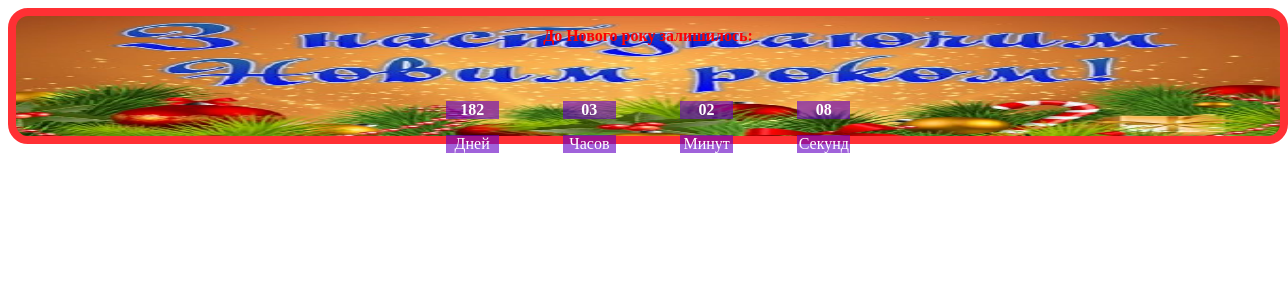
Repository: KonstantinKhamilov/JavaScript11-new-year
Page: index.html
These files come from the project's save history. The page is drawn as it stood at one moment and after the next save; the edit follows.
The browser window is 1280 px wide. The page is 1288 px wide, so the pictures cover 1288 px, including what lies to the right of the window. The pictures show the whole page.

Above is the page before, as saved 2024-12-29 18:12:00.

### index.html
<!DOCTYPE html>
<html lang="en">
    <head>
        <title>JavaScript11</title>

        <meta charset="utf-8">
        <meta http-equiv="X-UA-Compatible" content="IE=edge">
        <meta name="description" lang="ru" content="Стили css">
        <meta name="author" content="Константин">
        <meta name="keywords" content="Программирование, уроки JavaScript">
        <meta name="robots" content="all">
        <meta name="viewport" content="width=device-width, initial-scale=1.0">
        <link rel="stylesheet" href="newYear.css" type="text/css">
</head>

<body>
   <!--
     <h1><u>Задание 1</u></h1>
    <p>Необходимо реализовать функцию, описывающую окружность.В функции должны быть следующие компоненты:</p>
<ul type="disk">
    <li>поле, хранящее радиус окружности;</li>
    <li>get-свойство, возвращающее радиус окружности;</li>
    <li>set-свойство, устанавливающее радиус окружности;</li>
    <li>get-свойство, возвращающее диаметр окружности;</li>
    <li>метод, вычисляющий площадь окружности;</li>
    <li>метод, вычисляющий длину окружности.</li>
</ul>
       <p>Продемонстрируйте работу свойств и методов.</p>
       <p>Введите радиус окружности: </p>
       <input type="text" id="rad">
        <button onclick="showResults()">Показать результаты</button>
        <p id="output"></p>

          <h1><u>Задание 2</u></h1>
          <p>Реализуйте функцию, которая описывает css класс.функция CssClass должна содержать внутри себя:</p>
          <ul type="square">
<li>название css класса;</li>
<li>массив стилей;</li>
<li>метод для установки стиля;</li>
<li>метод для удаления стиля;</li>
<li>метод getCss(), который возвращает css код в виде строки.</li>
          </ul>

          <p>Введите название класса:</p>
    <input type="text" id="class" />
    <button onclick="showCSS()">Показать результат генерации</button>
    <p id="output1"></p>

    <p>Добавить стиль:</p>
    <input type="text" id="add-style" />
    <button onclick="addStyle()">Добавить</button>

    <p>Удалить стиль:</p>
    <input type="text" id="remove-style" />
    <button onclick="removeStyle()">Удалить</button>

  <h1><u>Задание 3</u></h1>
  <p>
    Рассчитайте, сколько дней, часов, минут и секунд осталось до Нового года. Выведите эти значения красиво,
    методом document.write() или другим с тегами -p- и
    -span- и классами для них. Стили можно записать в отдельном css-файле. Если одно из чисел будет меньше 10,
    то его нужно вывести с ведущим 0, например, так:
    Сделайте свой скрипт универсальным, задав дату следующего Нового года относительно текущей даты с помощью методов объекта Date.
  </p>
  <p>Пример вывода результата задания:</p>
<img src="D:\Full Stack\Модуль\JavaScript\JavaScript11\Безымянный1.png" alt="time">
-->
<div class="box">
  <h1>До Нового року залишилось:</h1>
  <div class="count">
    <div class="timer"><h2 id="day">00</h2><p>Дней</p></div>
    <div class="timer"><h2 id="hrs">00</h2><p>Часов</p></div>
    <div class="timer"><h2 id="min">00</h2><p>Минут</p></div>
    <div class="timer"><h2 id="sec">00</h2><p>Секунд</p></div>
  </div>
</div>

    <script>
/*
        //1
function Circle(radius) {
  // Сохранение значения радиуса в свойстве объекта
  this.radius = radius;
  // Определение get-свойства для получения значения радиуса
  Object.defineProperty(this, 'radius', {
    get: function() {
      // Возвращение значения радиуса
      return radius;
    },
    // Определение set-свойства для установки значения радиуса
    set: function(value) {
      // Проверка на корректность значения радиуса
      if (value <= 0) throw new Error('Invalid radius');
      // Установка нового значения радиуса
      radius = value;
    }
  });

  // Определение get-свойства для получения значения диаметра окружности
  Object.defineProperty(this, 'diameter', {
    get: function() {
      // Возвращение значения диаметра, равного удвоенному радиусу
      return 2 * radius;
    }
  });

  // Определение метода для вычисления площади окружности
  this.area = function() {
    // Возвращение площади окружности, вычисленной как произведение числа Пи на квадрат радиуса
    return Math.PI * Math.pow(radius, 2);
  }

  // Определение метода для вычисления длины окружности
  this.circumference = function() {
    // Возвращение длины окружности, вычисленной как произведение числа Пи на удвоенный радиус
    return 2 * Math.PI * radius;
  }
}

function showResults() {
    let input = document.getElementById("rad").value;
    let circle = new Circle(input);
    let output = 'Радиус: ' + circle.radius + '<br>';
    output += 'Диаметр: ' + circle.diameter + '<br>';
    output += 'Площадь: ' + circle.area() + '<br>';
    output += 'Длинна окружности: ' + circle.circumference();
    document.getElementById("output").innerHTML = output;
  }

  //2

      // Определение функции CssClass, которая принимает название CSS класса в качестве аргумента
      function CssClass(className) {
        // Сохранение значения названия CSS класса в свойстве объекта
        this.className = className;
        // Создание пустого массива для хранения стилей CSS класса
        this.styles = [];

        // Определение метода setStyle для добавления нового стиля в массив стилей
        this.setStyle = function(style) {
          // Добавление нового стиля в конец массива стилей
          this.styles.push(style);
        }

        // Определение метода removeStyle для удаления существующего стиля из массива стилей
        this.removeStyle = function(style) {
          // Поиск индекса указанного стиля в массиве стилей
          let index = this.styles.indexOf(style);
          // Если стиль найден в массиве
          if (index !== -1) {
            // Удаление стиля из массива по найденному индексу
            this.styles.splice(index, 1);
          }
        }

        // Определение метода getCss для генерации CSS кода класса в виде строки
        this.getCss = function() {
          // Создание строки с селектором CSS класса и открывающей скобкой
          let cssString = '.' + this.className + ' {\n';
          // Цикл по всем стилям в массиве стилей
          for (let i = 0; i < this.styles.length; i++) {
            // Добавление очередного стиля в строку с отступом и точкой с запятой
            cssString += '  ' + this.styles[i] + ';\n';
          }
          // Добавление закрывающей скобки в конец строки
          cssString += '}';
          // Возвращение сгенерированной строки с CSS кодом класса
          return cssString;
        }
      }
      let myClass;

      function showCSS() {
        // Получение значения из элемента input с id 'class'
        let className = document.getElementById('class').value;
        // Создание нового объекта CssClass с названием класса из элемента input
        myClass = new CssClass(className);
        // Добавление стиля 'color: red' в массив стилей класса
        myClass.setStyle('color: red');
        // Добавление стиля 'font-size: 16px' в массив стилей класса
        myClass.setStyle('font-size: 16px');
        // Вывод сгенерированного CSS кода класса в элемент p с id 'output'
        document.getElementById('output1').innerHTML = myClass.getCss();
      }

      function addStyle() {
        if (!myClass) {
          alert('Сначала нажмите кнопку "Показать результат генерации"');
          return;
        }
        // Получение значения из элемента input с id 'add-style'
        let style = document.getElementById('add-style').value;
        // Добавление стиля в массив стилей класса
        myClass.setStyle(style);
        // Вывод обновленного CSS кода класса в элемент p с id 'output'
        document.getElementById('output1').innerHTML = myClass.getCss();
      }

      function removeStyle() {
        if (!myClass) {
          alert('Сначала нажмите кнопку "Показать результат генерации"');
          return;
        }
        // Получение значения из элемента input с id 'remove-style'
        let style = document.getElementById('remove-style').value;
        // Удаление стиля из массива стилей класса
        myClass.removeStyle(style);
        // Вывод обновленного CSS кода класса в элемент p с id 'output'
        document.getElementById('output1').innerHTML = myClass.getCss();
      }
      */

//3
const day = document.getElementById('day');
const hrs = document.getElementById('hrs');
const min = document.getElementById('min');
const sec = document.getElementById('sec');
const currentYear = new Date().getFullYear();

const newYear = new Date (`1 Jan ${currentYear + 1} 00:00:00`);

function countdownDate(){
const today = Date.now()
const gap = newYear - today;
let d = Math.floor(gap/1000/60/60/24);
let h = Math.floor((gap/1000/60/60)%24);
let m = Math.floor((gap/1000/60)%60);
let s = Math.floor((gap/1000)%60);

day.innerHTML = d<10 ? '0' + d : d;
hrs.innerHTML = h<10 ? '0' + h : h;
min.innerHTML = m<10 ? '0' + m : m;
sec.innerHTML = s<10 ? '0' + s : s;
}
setInterval(countdownDate,1000);
    </script>
</body>
</html>

### newYear.css
@media screen and (min-width: 320px) {
  .box {
    display: flex;
    flex-direction: column;
    /*justify-content: center;*/
    align-items: center;
    height: 100%;
    width: 100%;
    background-image: url("z_nastupauschim_ng_4.jpg");
    background-repeat: no-repeat;
    background-size: 100% 100%;
    border: solid 8px;
    border-radius: 20px;
    border-color: rgb(255, 48, 52);
  }

  .box > h1 {
    color: rgb(255, 0, 0);
    font-family: cursive;
    font-size: 1em;
  }

  .count {
    display: flex;
    flex-direction: row;
    justify-content: center;
    width: 85%;
  }

  .timer {
    text-align: center;
    width: 3.3em;
    height: 1em;
    margin: 3%;
  }

  h2 {
    color: white;
    font-size: 1em;
  }

  .timer > p,
  .timer > #day,
  .timer > #hrs,
  .timer > #min,
  .timer > #sec {
    color: white;
    background-color: rgb(102, 2, 196, 0.62);
    font-size: 1em;
  }
}

After the next save:
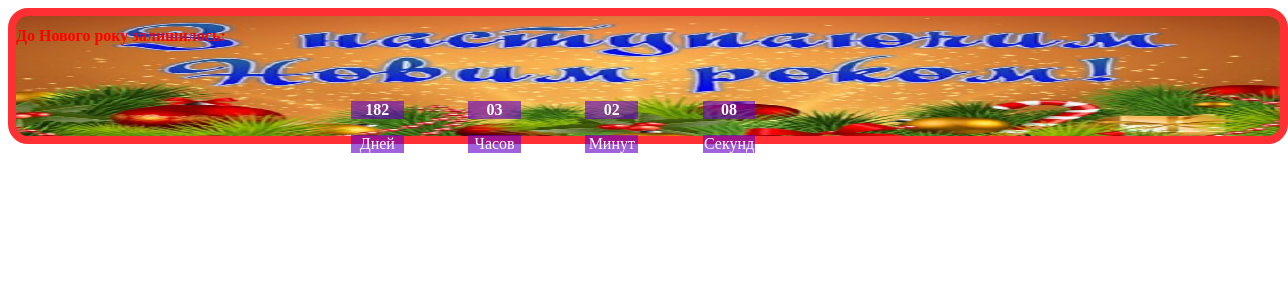
Saved 51 s later.
--- a/newYear.css
+++ b/newYear.css
@@ -2,8 +2,8 @@
   .box {
     display: flex;
     flex-direction: column;
-    /*justify-content: center;*/
-    align-items: center;
+    justify-content: center;
+    /*align-items: center;*/
     height: 100%;
     width: 100%;
     background-image: url("z_nastupauschim_ng_4.jpg");
